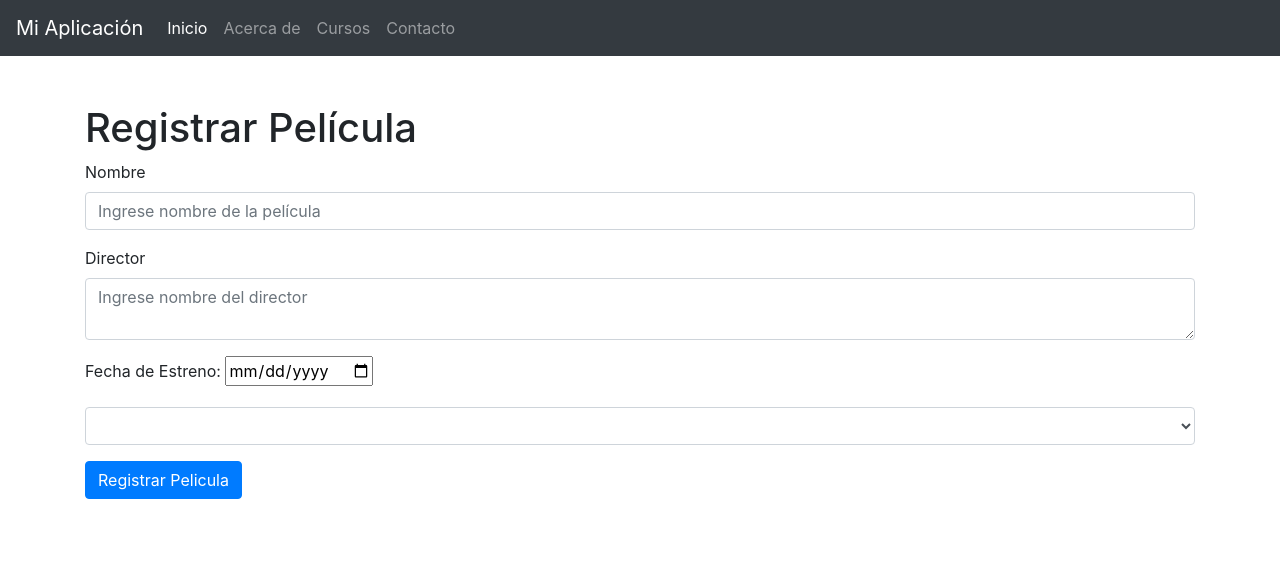
Repository: jfchirinos/EvaluacionLaboratorioT2
Page: http://localhost/peliculaRegister
An editor plug-in stored every save of this project. The page is shown before and after the next save, followed by the edit.
The browser window is 1280 px wide. The pictures show the whole page.
Some web libraries are served in a nearby version. The page is this project's Thymeleaf template; nobody is signed in. The template is opened directly, without the code that normally fills it, so the values that code supplies are empty.

Above is the page before, as saved 2024-02-23 15:25:27.

After the next save:
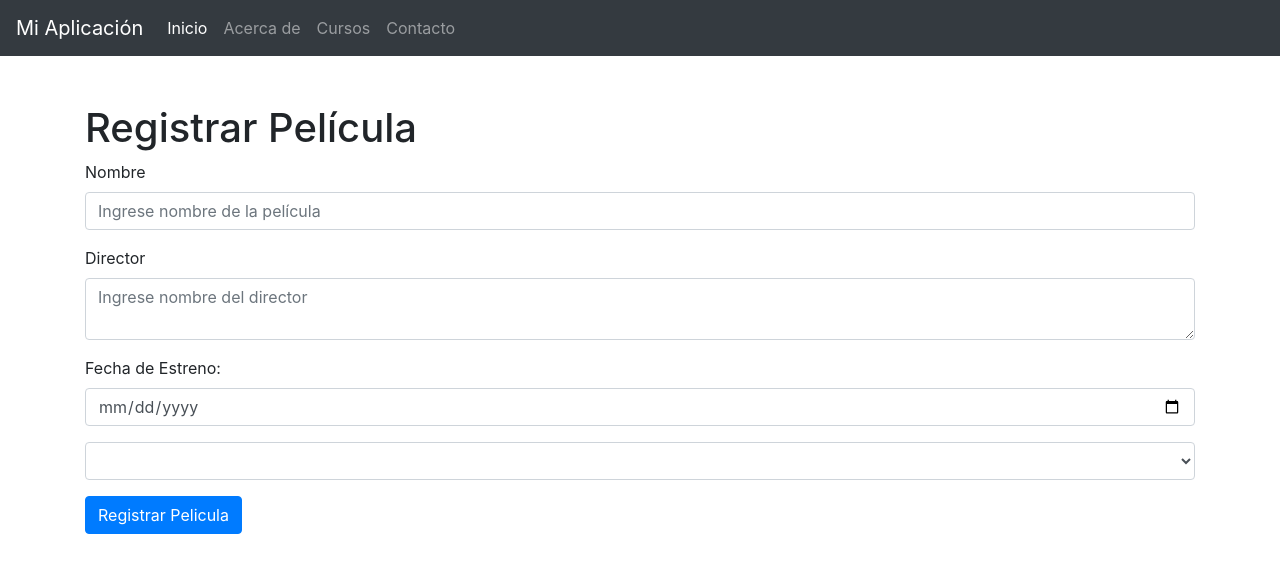
Saved 28 s later.
--- a/evaluacion-laboratorio-t2/src/main/resources/templates/peliculaRegister.html
+++ b/evaluacion-laboratorio-t2/src/main/resources/templates/peliculaRegister.html
@@ -44,7 +44,7 @@
             </div>
             <div class="form-group">
              	<label for="fechaestreno">Fecha de Estreno:</label>
-    			<input type="date" id="fechaestreno" name="fechaestreno">
+    			<input type="date" class="form-control"  id="fechaestreno" name="fechaestreno">
             </div>
             <div class="form-group">
 				<select class="form-control" name="idgenero">
